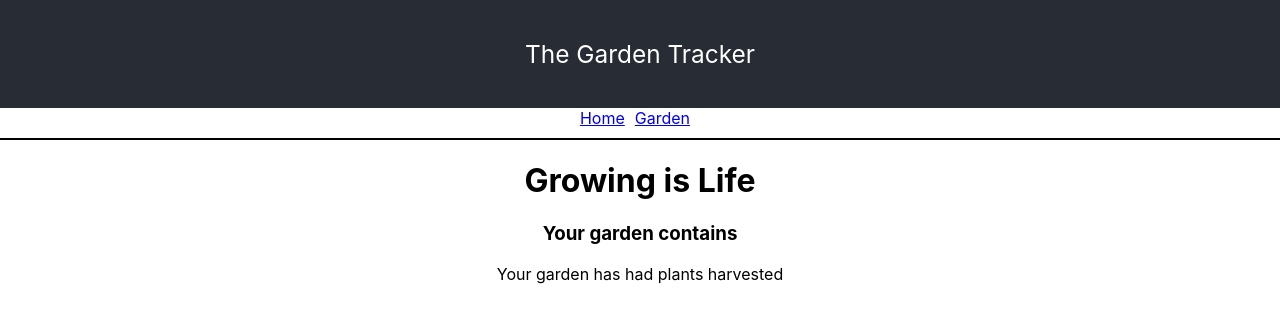
Repository: charliejp0311/gardentracker
Page: /
An editor plug-in stored every save of this project. The page is shown before and after a run of saves, followed by the edit.
The browser window is 1280 px wide. The pictures show the whole page.
The project was rebuilt for these pictures with package versions that can differ from the ones it lists, and the page was loaded fresh each time. Also part of the build but not shown: src/components/CreatePlant.js, src/components/Plant.js, src/components/plantList.js, src/components/Harvest.js, src/components/Garden.js.

Above is the page before, as saved 2020-10-30 09:01:35.

### public/index.html
<!DOCTYPE html>
<html lang="en">
  <head>
    <meta charset="utf-8" />
    <link rel="icon" href="%PUBLIC_URL%/sun-svgrepo-com.svg" />
    <meta name="viewport" content="width=device-width, initial-scale=1" />
    <meta name="theme-color" content="#000000" />
    <meta
      name="description"
      content="Web site created using create-react-app"
    />
    <link rel="apple-touch-icon" href="%PUBLIC_URL%/logo192.png" />
    <!--
      manifest.json provides metadata used when your web app is installed on a
      user's mobile device or desktop. See https://developers.google.com/web/fundamentals/web-app-manifest/
    -->
    <link rel="manifest" href="%PUBLIC_URL%/manifest.json" />
    <!--
      Notice the use of %PUBLIC_URL% in the tags above.
      It will be replaced with the URL of the `public` folder during the build.
      Only files inside the `public` folder can be referenced from the HTML.

      Unlike "/favicon.ico" or "favicon.ico", "%PUBLIC_URL%/favicon.ico" will
      work correctly both with client-side routing and a non-root public URL.
      Learn how to configure a non-root public URL by running `npm run build`.
    -->
    <title>Track Your Garden</title>
  </head>
  <body>
    <noscript>You need to enable JavaScript to run this app.</noscript>
    <div id="root"></div>
    <!--
      This HTML file is a template.
      If you open it directly in the browser, you will see an empty page.

      You can add webfonts, meta tags, or analytics to this file.
      The build step will place the bundled scripts into the <body> tag.

      To begin the development, run `npm start` or `yarn start`.
      To create a production bundle, use `npm run build` or `yarn build`.
    -->
  </body>
</html>

### src/index.js
import React from 'react';
import ReactDOM from 'react-dom';
import './index.css';
import App from './App';
// import reportWebVitals from './reportWebVitals';
import reducer from './reducers/index'
import { Provider } from  'react-redux';
import { applyMiddleware, createStore } from 'redux';
// import thunk from 'redux-thunk';

let store = createStore(reducer, window.__REDUX_DEVTOOLS_EXTENSION__ && window.__REDUX_DEVTOOLS_EXTENSION__())

ReactDOM.render(
  <Provider store={store}>
    <App />
  </Provider>,
  document.getElementById('root')
);

// If you want to start measuring performance in your app, pass a function
// to log results (for example: reportWebVitals(console.log))
// or send to an analytics endpoint. Learn more: https://bit.ly/CRA-vitals
// reportWebVitals();

### src/App.js
import './App.css';
import CreateGarden from './components/GardenHome'
import {BrowserRouter as Router, Route} from 'react-router-dom';
import NavBar from './components/Navbar';
import Garden from './components/Garden'

function App() {
  return (
    <div className="App">
      <header className="App-header">
        The Garden Tracker
      </header>
      <Router >
        {/* replace with a fetch garden or send fetch garden to create garden add router? */}
        <div>
        <NavBar />
        <Route path='/' render={routerProps=><CreateGarden {...routerProps} /> }/> {/* Home page what do welcome page shows gardens last event logged to the notes shows plant count shows harvest count */}
        <Route path='/garden' render={ routerProps=> <Garden {...routerProps} />}/> {/* Garden page this will show a list of the current plants and allow you to add more plants */}
        <Route /> {/* Harvest page shows a list of harvested plants this is not editable stands as a living record of your garden*/}
        <Route /> {/* Plant page shows the plant and a form to add notes to the plant has pre-determined buttons that  add a templated event to the plant tracker notes*/}
        </div>
      </Router>
    </div>
  );
}

export default App;

### src/reducers/index.js
import { combineReducers } from 'redux';
import garden from './GardenReducer'

export default combineReducers({
    garden
})

### src/App.css
.App {
  text-align: center;
}

.App-logo {
  height: 40vmin;
  pointer-events: none;
}

@media (prefers-reduced-motion: no-preference) {
  .App-logo {
    animation: App-logo-spin infinite 20s linear;
  }
}

.App-header {
  background-color: #282c34;
  min-height: 15vh;
  display: flex;
  flex-direction: column;
  align-items: center;
  justify-content: center;
  font-size: calc(10px + 2vmin);
  color: white;
}

.App-link {
  color: #61dafb;
}

.garden {
  display: grid;
  grid-template-columns: 1fr;
  grid-template-rows: auto;
  grid-gap: 25px;
  padding-top: 10px;
  padding-bottom: 30px;
}

/* .plant {
  height: auto;
  width: auto;
  box-shadow: 10px 10px grey;
  padding: 10px;
  border-radius: 10px;
} */

@keyframes App-logo-spin {
  from {
    transform: rotate(0deg);
  }
  to {
    transform: rotate(360deg);
  }
}

### src/components/GardenHome.js
import React, {Component} from 'react';
import { connect } from "react-redux";
// import Garden from './Garden';


class CreateGarden extends Component{

    render(){
        return(
            <div>
                <h1>Growing is Life</h1>
                <h3>Your garden contains {this.props.garden.plants.count}</h3>
                <p>Your garden has had {this.props.garden.harvest.count} plants harvested</p>
                {/* <Garden /> */}
            </div>
        )
    };
};

const mapStateToProps = state => {
    return{
        garden: state.garden
    }
}

export default connect(mapStateToProps)(CreateGarden);

### src/components/Navbar.js
import React from 'react';
import { NavLink } from 'react-router-dom';

const NavBar = () => {
  return (
    <div style={{ borderBottom: '2px solid black', paddingBottom: '10px', marginBottom: '12px' }}>
      <NavLink
        style={{ marginRight: '10px' }}
        to="/"
      >
        Home
      </NavLink>
      <NavLink
        style={{ marginRight: '10px' }}
        to="/garden"
      >
        Garden
      </NavLink>
    </div>
  );
}

export default NavBar;

### src/reducers/GardenReducer.js
export default function garden (state = {
    plants: [{name: 'Tomato'},{name: 'Kamote'},{name: 'Jalapeno'},{name: 'Cucumber'}],
    harvest: [],
    notes: []
},action){
    // console.log(action)
    switch (action.type) {
        case 'ADD_PLANT':
            return {
                ...state,
                plants: state.plants.concat({name: action.plant.name})
            };

        case 'HARVEST_PLANT':
            let p = state.plants.filter(plant=>plant.name===action.plant.name) ;
            let inTheGarden = state.plants.filter(plant=>plant.name!==action.plant.name);
            return{
                ...state,
                plants: inTheGarden,
                harvest: state.harvest.concat(p)
            };

        default:
            return state;
    }
};

Loaded but not shown: src/index.css (common file)

After the next 2 saves:
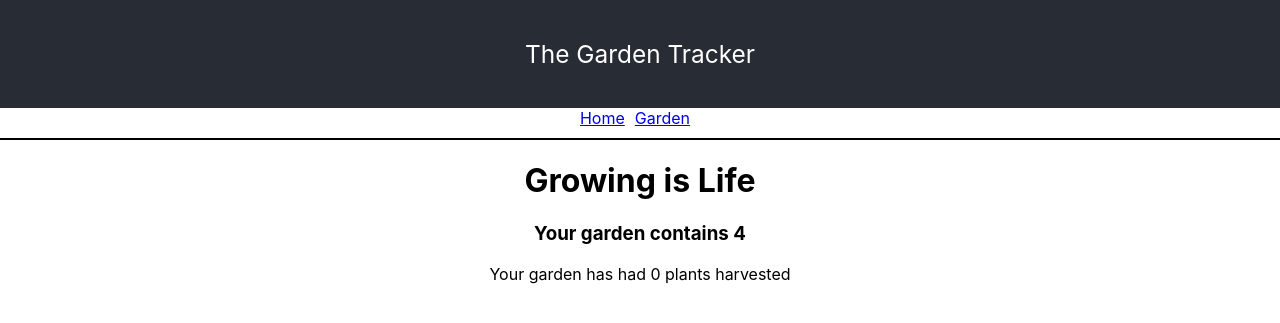
The 2 saves are shown as one change because 1 did not build or start.
The last was saved 42 s later.
--- a/src/components/GardenHome.js
+++ b/src/components/GardenHome.js
@@ -9,8 +9,8 @@ class CreateGarden extends Component{
         return(
             <div>
                 <h1>Growing is Life</h1>
-                <h3>Your garden contains {this.props.garden.plants.count}</h3>
-                <p>Your garden has had {this.props.garden.harvest.count} plants harvested</p>
+                <h3>Your garden contains {this.props.garden.plants.length}</h3>
+                <p>Your garden has had {this.props.garden.harvest.length} plants harvested</p>
                 {/* <Garden /> */}
             </div>
         )
